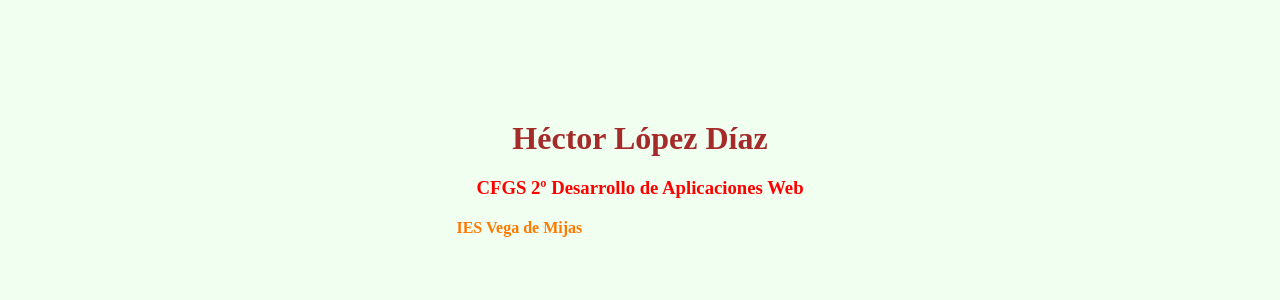
Repository: Ibizus/ejercicios_JSP
Page: http://localhost/ejercicios_Hector/ejercicio1/index.jsp
The author's editor kept a copy of each file at every save. The page is drawn from the files as they stood at one save, then again after the next save.
The browser window is 1280 px wide. The pictures show the whole page.
The page is served by Tomcat 9.

Above is the page before, as saved 2023-11-16 19:31:19.

After the next save:
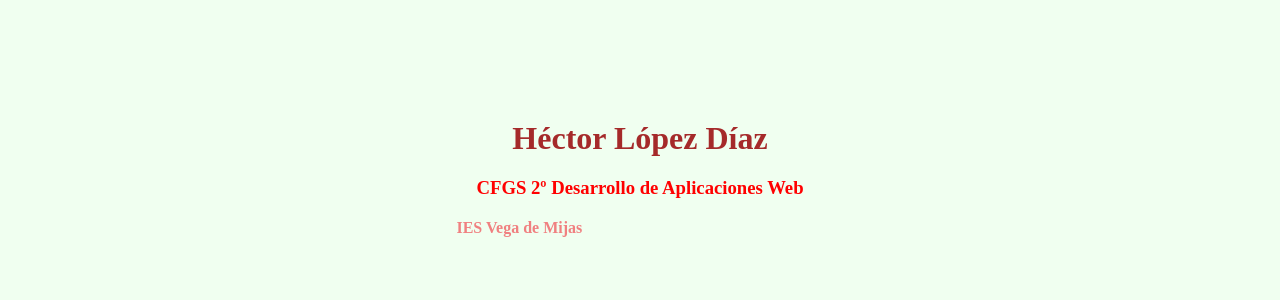
Saved 29 s later.
--- a/ejercicios_Hector/src/main/webapp/ejercicio1/style.css
+++ b/ejercicios_Hector/src/main/webapp/ejercicio1/style.css
@@ -24,5 +24,5 @@ h3{
 	color: red;
 }
 h4{
-	color: rgb(255, 120, 0);
+	color: lightcoral;
 }
